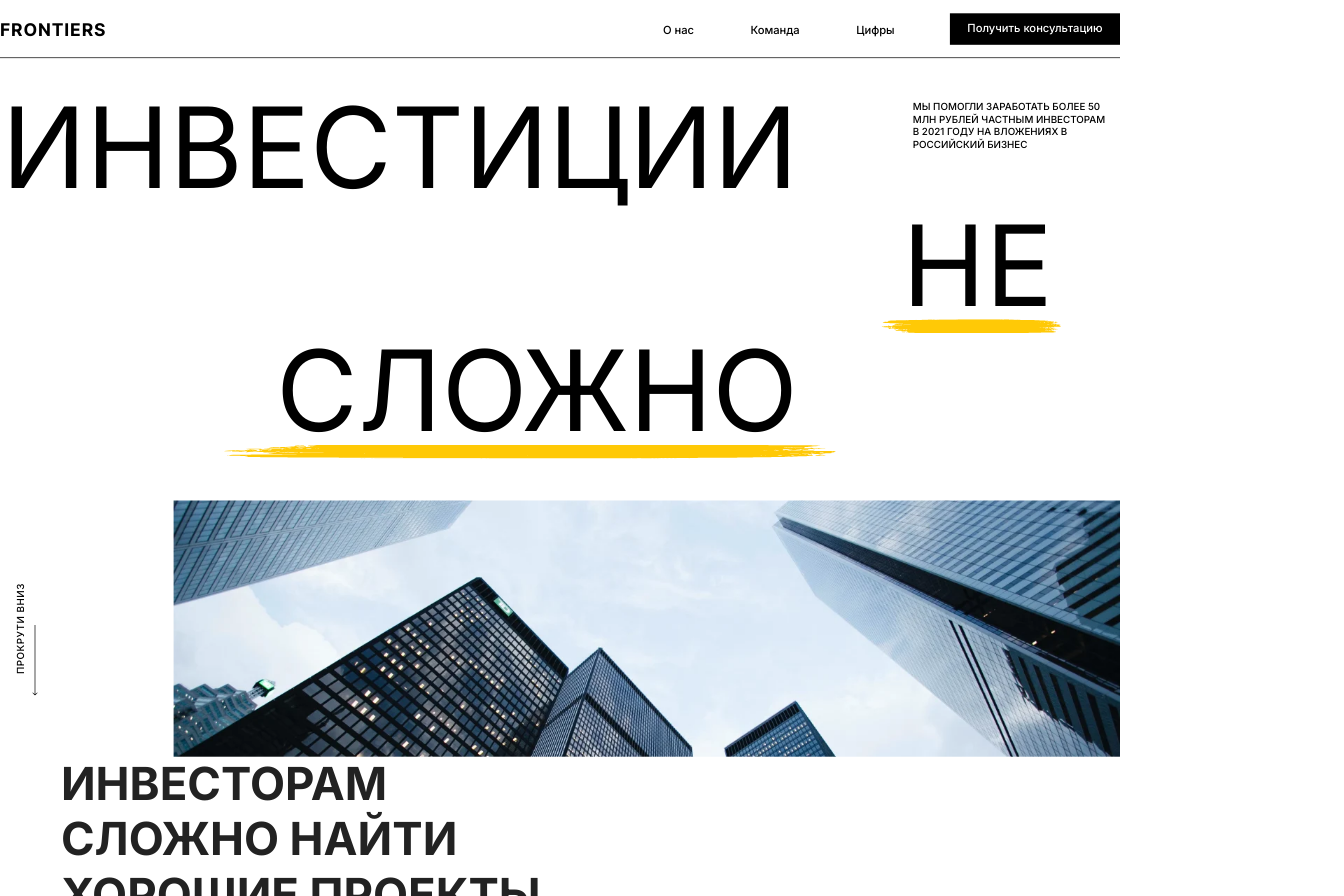
Repository: NadyaKorvin/frontiers
Page: /
These files come from the project's save history. The page is drawn as it stood at one moment and after the next save; the edit follows.
The browser window is 1280 px wide. The page is 1920 px wide, so the pictures cover 1920 px, including what lies to the right of the window. The pictures show the part of the page from y = 0 to 1280 px (the page is 2633 px tall), at 70% of full size.
The project was rebuilt for these pictures with package versions that can differ from the ones it lists, and the page was loaded fresh each time.

Above is the page before, as saved 2022-05-26 17:40:26.

After the next save:
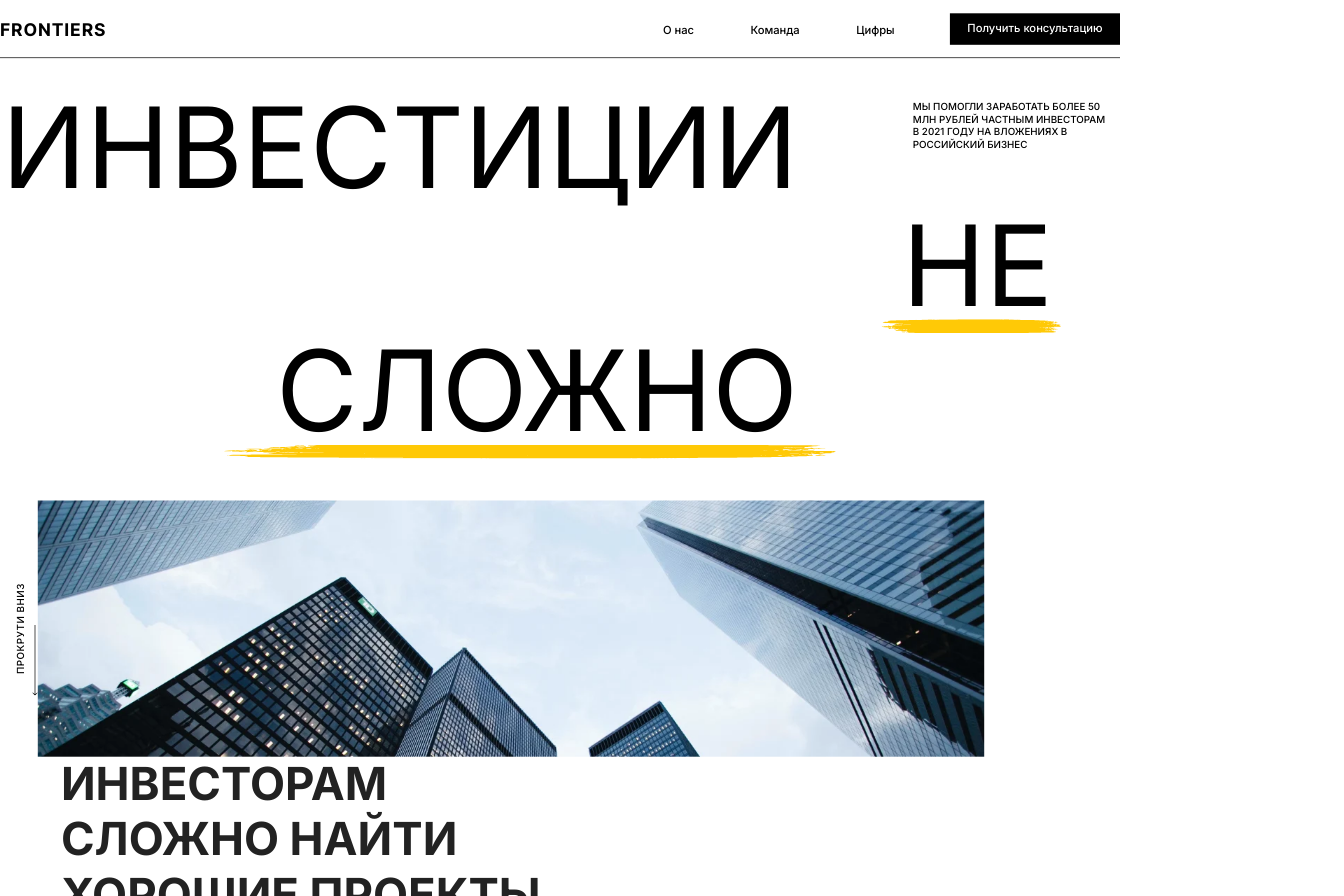
Saved 116 s later.
--- a/src/components/firstScreen/FirstScreen.css
+++ b/src/components/firstScreen/FirstScreen.css
@@ -140,7 +140,8 @@
   margin-top: 60px;
   width: 1600px;
   display: flex;
-  justify-content: space-between;
+  /* justify-content: space-between; */
+
 }
 
 .firstscreen__content_bottom_content_left {

After the 4 saves that followed:
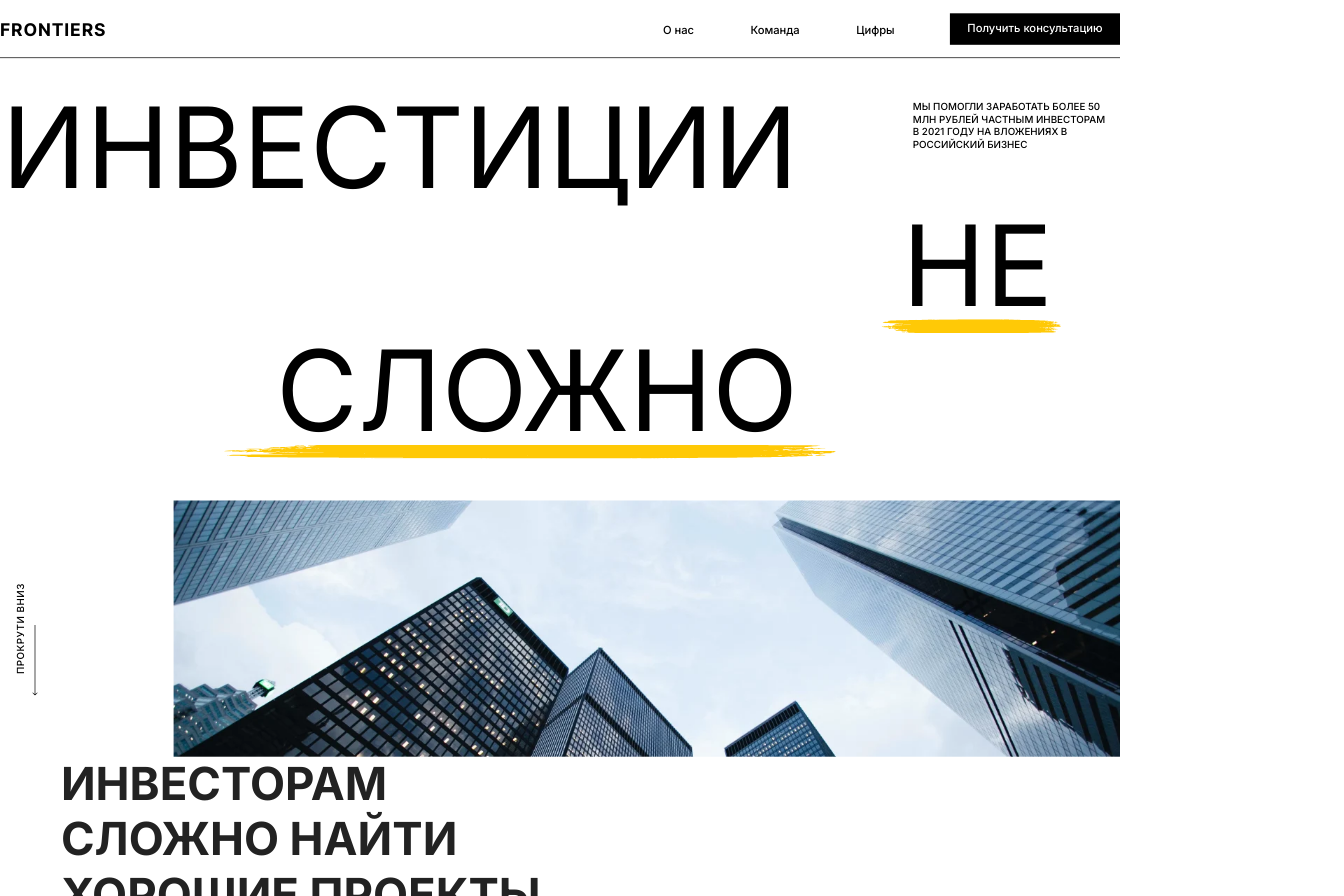
The 4 saves are shown as one change because 3 left the picture as it was.
The last was saved 33 s later.
--- a/src/components/firstScreen/FirstScreen.css
+++ b/src/components/firstScreen/FirstScreen.css
@@ -140,8 +140,8 @@
   margin-top: 60px;
   width: 1600px;
   display: flex;
-  /* justify-content: space-between; */
-
+  justify-content: space-between;
+  row-gap: 180px;
 }
 
 .firstscreen__content_bottom_content_left {
